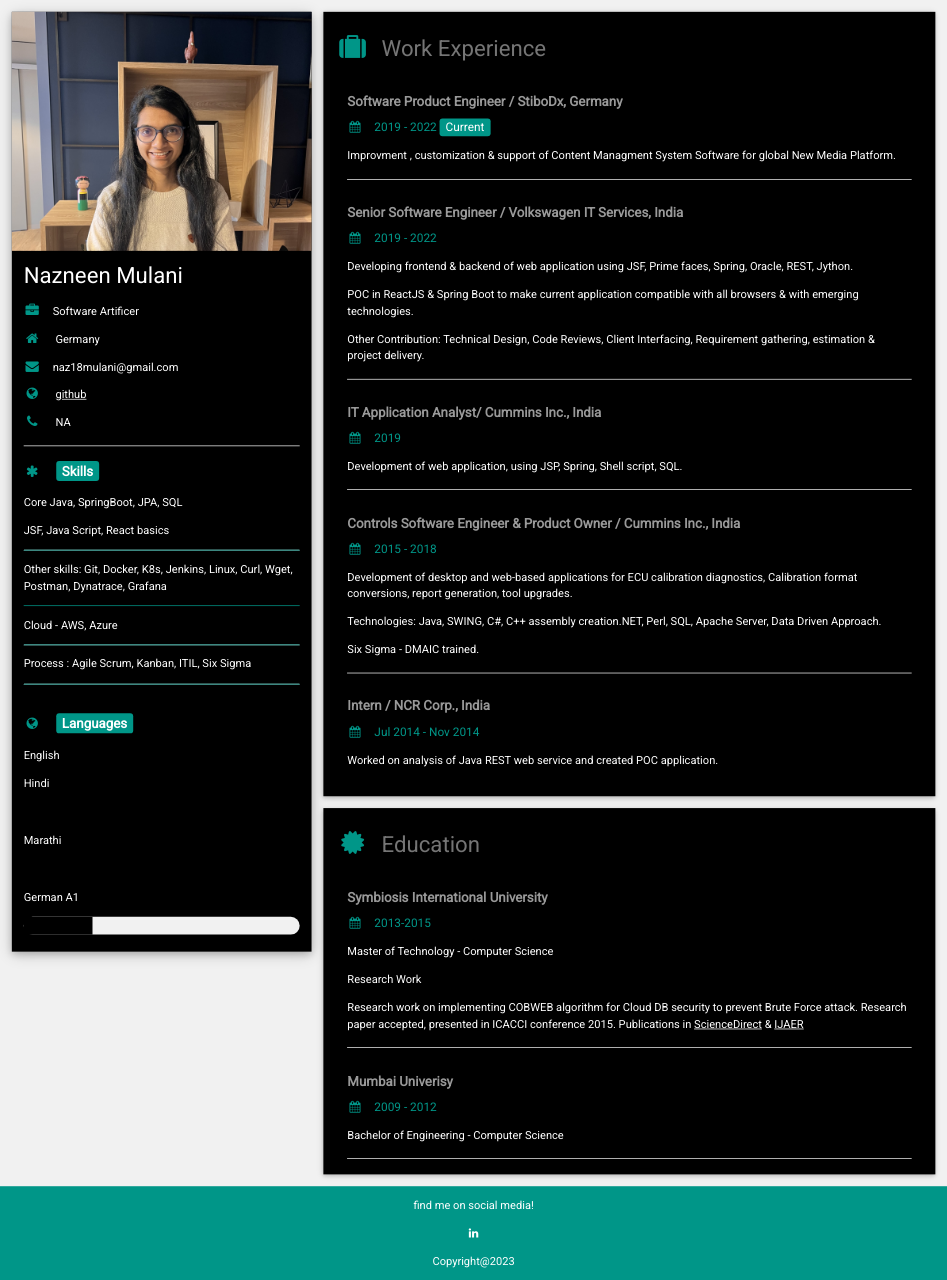
Repository: nazneenprojects/nazneen.github.io
Page: index.html
The author's editor kept a copy of each file at every save. The page is drawn from the files as they stood at one save, then again after the next save.
The browser window is 1280 px wide. The pictures show the whole page, at 74% of full size.

Above is the page before, as saved 2023-07-09 11:50:08.

### index.html
<!DOCTYPE html>
<html>
<title>Nazneen Portfolio</title>
<meta charset="UTF-8">
<meta name="viewport" content="width=device-width, initial-scale=1">
<link rel="stylesheet" href="https://www.w3schools.com/w3css/4/w3.css">
<link rel='stylesheet' href='https://fonts.googleapis.com/css?family=Roboto'>
<link rel="stylesheet" href="https://cdnjs.cloudflare.com/ajax/libs/font-awesome/4.7.0/css/font-awesome.min.css">
<style>
html,body,h1,h2,h3,h4,h5,h6 {font-family: "Roboto", sans-serif}
</style>
<body class="w3-light-grey">

<!-- Page Container -->
<div class="w3-content w3-margin-top" style="max-width:1400px;">

  <!-- The Grid -->
  <div class="w3-row-padding">

    <!-- Left Column -->
    <div class="w3-third">

      <div class="w3-black w3-text-white w3-card-4">
        <div class="w3-display-container">
          <img src="IMG_NazneenM.JPG" style="width:100%" alt="Avatar">
          <div class="w3-display-bottomleft w3-container w3-text-black">
          </div>
        </div>
        <div class="w3-container">
          <h2>Nazneen Mulani</h2>
          <p><i class="fa fa-briefcase fa-fw w3-margin-right w3-large w3-text-teal"></i>Software Artificer</p>
          <p><i class="fa fa-home fa-fw w3-margin-right w3-large w3-text-teal"></i> Germany </p>
          <p><i class="fa fa-envelope fa-fw w3-margin-right w3-large w3-text-teal"></i>naz18mulani@gmail.com</p>
          <p><i class="fa fa-globe fa-fw w3-margin-right w3-large w3-text-teal"></i>
          <a href="https://github.com/nazneenprojects">github</a>
          </p>
          <p><i class="fa fa-phone fa-fw w3-margin-right w3-large w3-text-teal"></i> NA </p>
          <hr>

          <p class="w3-large"><b><i class="fa fa-asterisk fa-fw w3-margin-right w3-text-teal"></i> <span class="w3-tag w3-teal w3-round">Skills</span></b></p>
          <p>Core Java, SpringBoot, JPA, SQL</p>

          <p>JSF, Java Script, React basics</p>
          <div class="w3-light-grey w3-round-xlarge w3-small">
            <div class="w3-container w3-center w3-round-xlarge w3-teal" style="width:100%">
            </div>
          </div>
          <p>Other skills: Git, Docker, K8s, Jenkins, Linux, Curl, Wget, Postman, Dynatrace, Grafana</p>
          <div class="w3-light-grey w3-round-xlarge w3-small">
            <div class="w3-container w3-center w3-square-xlarge w3-teal" style="width:100%">
           </div>
          </div>
          <p>Cloud - AWS, Azure</p>
          <div class="w3-light-grey w3-round-xlarge w3-small">
            <div class="w3-container w3-center w3-round-xlarge w3-teal" style="width:100%">
            </div>
          </div>
          <p>Process : Agile Scrum, Kanban, ITIL, Six Sigma</p>
          <div class="w3-light-grey w3-round-xlarge w3-small">
            <div class="w3-container w3-center w3-round-xlarge w3-teal" style="width:100%">
            </div>
          </div>
          <br>

          <p class="w3-large w3-text-theme"><b><i class="fa fa-globe fa-fw w3-margin-right w3-text-teal"></i> <span class="w3-tag w3-teal w3-round">Languages</span></b></p>
          <p></p>
          <div class="w3-light-grey w3-round-xlarge">
            <div class="w3-square-xlarge w3-black" style="height:24px;width:100%">English</div>
          </div>
          <p>Hindi</p>
          <div class="w3-light-grey w3-round-xlarge">
            <div class="w3-square-xlarge w3-black" style="height:24px;width:100%"></div>
          </div>
          <p>Marathi</p>
          <div class="w3-light-grey w3-round-xlarge">
            <div class="w3-square-xlarge w3-black" style="height:24px;width:100%"></div>
          </div>
          <p>German A1</p>
          <div class="w3-light-grey w3-round-xlarge">
            <div class="w3-square-xlarge w3-black" style="height:24px;width:25%"></div>
          </div>
          <br>
        </div>
      </div><br>

    <!-- End Left Column -->
    </div>

    <!-- Right Column -->
    <div class="w3-twothird">

      <div class="w3-container w3-card w3-black w3-margin-bottom">
        <h2 class="w3-text-grey w3-padding-16"><i class="fa fa-suitcase fa-fw w3-margin-right w3-xxlarge w3-text-teal"></i>Work Experience</h2>
        <div class="w3-container">
          <h5 class="w3-opacity"><b>Software Product Engineer / StiboDx, Germany</b></h5>
          <h6 class="w3-text-teal"><i class="fa fa-calendar fa-fw w3-margin-right"></i>2019 - 2022 <span class="w3-tag w3-teal w3-round">Current</span></h6>
          <p> Improvment , customization & support of Content Managment System Software for global New Media Platform.</p>
          <hr>
        </div>
        <div class="w3-container">
          <h5 class="w3-opacity"><b>Senior Software Engineer / Volkswagen IT Services, India</b></h5>
          <h6 class="w3-text-teal"><i class="fa fa-calendar fa-fw w3-margin-right"></i>2019 - 2022</h6>
          <p>Developing frontend & backend of web application using JSF, Prime faces, Spring, Oracle, REST, Jython.</p>
          <p>POC in ReactJS & Spring Boot to make current application compatible with all browsers & with emerging technologies.</p>
          <p>Other Contribution: Technical Design, Code Reviews, Client Interfacing, Requirement gathering, estimation & project delivery.</p>
          <hr>
        </div>
        <div class="w3-container">
          <h5 class="w3-opacity"><b>IT Application Analyst/ Cummins Inc., India</b></h5>
          <h6 class="w3-text-teal"><i class="fa fa-calendar fa-fw w3-margin-right"></i>2019 </h6>
          <p>Development of web application, using JSP, Spring, Shell script, SQL.</p>
          <hr>
        </div>
        <div class="w3-container">
          <h5 class="w3-opacity"><b>Controls Software Engineer & Product Owner / Cummins Inc., India</b></h5>
          <h6 class="w3-text-teal"><i class="fa fa-calendar fa-fw w3-margin-right"></i>2015 - 2018</h6>
          <p>Development of desktop and web-based applications for ECU calibration diagnostics, Calibration format conversions, report generation, tool upgrades.</p>
          <p>Technologies: Java, SWING, C#, C++ assembly creation.NET, Perl, SQL, Apache Server, Data Driven Approach.</p>
          <p>Six Sigma - DMAIC trained.</p>
          <hr>
        </div>
        <div class="w3-container">
          <h5 class="w3-opacity"><b>Intern / NCR Corp., India</b></h5>
          <h6 class="w3-text-teal"><i class="fa fa-calendar fa-fw w3-margin-right"></i>Jul 2014 - Nov 2014</h6>
          <p>Worked on analysis of Java REST web service and created POC application. </p><br>
        </div>
      </div>

      <div class="w3-container w3-card w3-black">
        <h2 class="w3-text-grey w3-padding-16"><i class="fa fa-certificate fa-fw w3-margin-right w3-xxlarge w3-text-teal"></i>Education</h2>
        <div class="w3-container">
          <h5 class="w3-opacity"><b> Symbiosis International University</b></h5>
          <h6 class="w3-text-teal"><i class="fa fa-calendar fa-fw w3-margin-right"></i>2013-2015</h6>
          <p>Master of Technology - Computer Science</p>
          <p>Research Work</p>
          <p>
            Research work on implementing COBWEB algorithm for Cloud DB security to prevent Brute Force attack. Research paper accepted, presented in ICACCI conference 2015. Publications in

            <a href="https://www.sciencedirect.com/science/article/pii/S1877050915005359">ScienceDirect</a> &
            <a href="https://www.ripublication.com/Volume/ijaerv10n12.htm">IJAER</a>
          </p>
          <hr>
        </div>
        <div class="w3-container">
          <h5 class="w3-opacity"><b>Mumbai Univerisy</b></h5>
          <h6 class="w3-text-teal"><i class="fa fa-calendar fa-fw w3-margin-right"></i>2009 - 2012</h6>
          <p>Bachelor of Engineering - Computer Science</p>
          <hr>
        </div>
      </div>

    <!-- End Right Column -->
    </div>

  <!-- End Grid -->
  </div>

  <!-- End Page Container -->
</div>

<footer class="w3-container w3-teal w3-center w3-margin-top">

  <p>find me on social media!</p>
  <a href="https://www.linkedin.com/in/nazneen-mulani-05004012a/"> <i class="fa fa-linkedin w3-hover-opacity"></i></a>
  <p>Copyright@2023</p>
 <!--
  <i class="fa fa-facebook-official w3-hover-opacity"></i>
  <i class="fa fa-instagram w3-hover-opacity"></i>
  <i class="fa fa-snapchat w3-hover-opacity"></i>
  <i class="fa fa-pinterest-p w3-hover-opacity"></i>
  <i class="fa fa-twitter w3-hover-opacity"></i>
  <p>Powered by <a href="https://www.w3schools.com/w3css/default.asp" target="_blank">w3.css</a></p>
 -->
</footer>

</body>
</html>

After the next save:
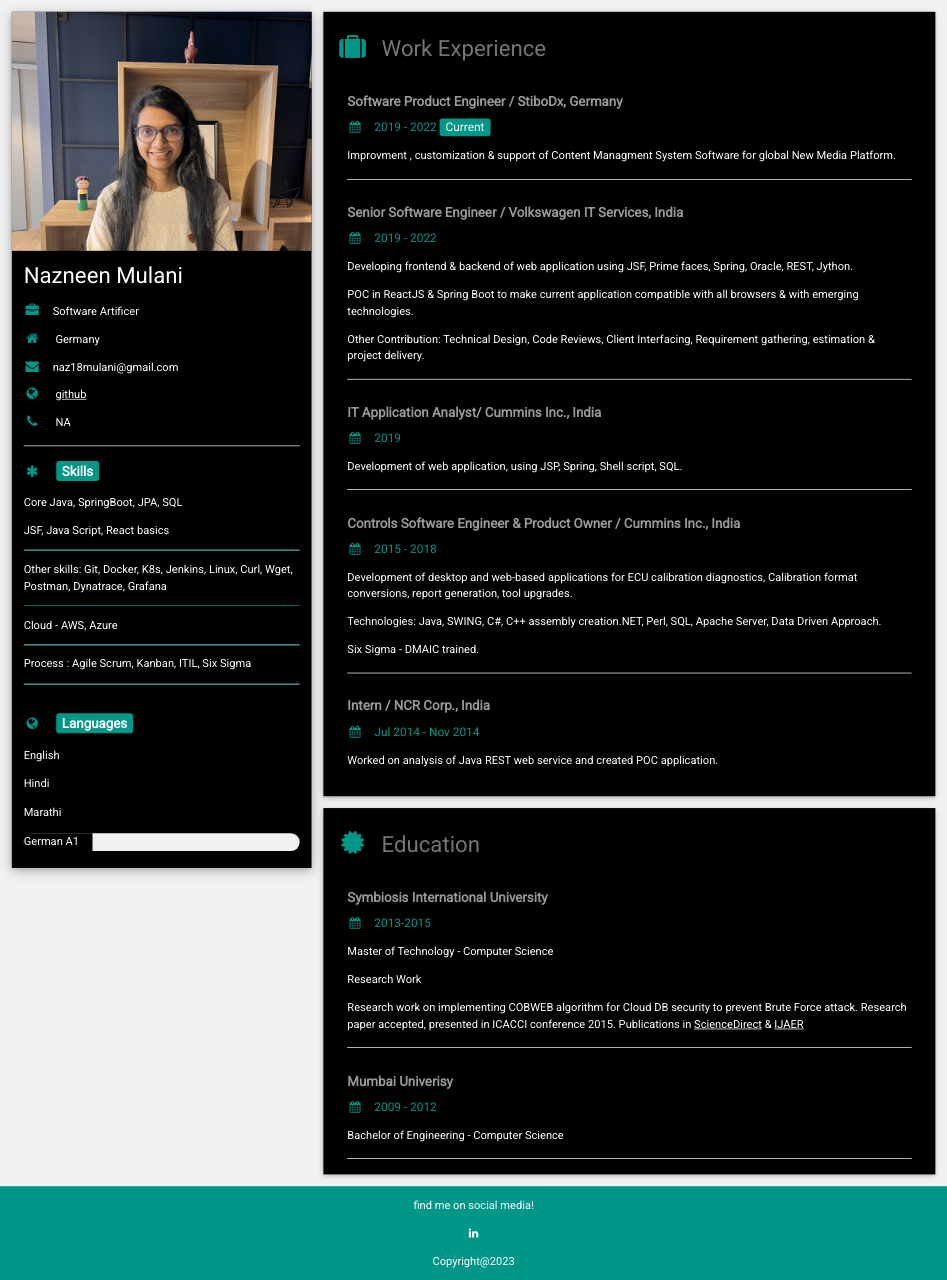
Saved 20 s later.
--- a/index.html
+++ b/index.html
@@ -67,17 +67,17 @@
           <div class="w3-light-grey w3-round-xlarge">
             <div class="w3-square-xlarge w3-black" style="height:24px;width:100%">English</div>
           </div>
-          <p>Hindi</p>
+          <p></p>
           <div class="w3-light-grey w3-round-xlarge">
-            <div class="w3-square-xlarge w3-black" style="height:24px;width:100%"></div>
+            <div class="w3-square-xlarge w3-black" style="height:24px;width:100%">Hindi</div>
           </div>
-          <p>Marathi</p>
+          <p></p>
           <div class="w3-light-grey w3-round-xlarge">
-            <div class="w3-square-xlarge w3-black" style="height:24px;width:100%"></div>
+            <div class="w3-square-xlarge w3-black" style="height:24px;width:100%">Marathi</div>
           </div>
-          <p>German A1</p>
+          <p></p>
           <div class="w3-light-grey w3-round-xlarge">
-            <div class="w3-square-xlarge w3-black" style="height:24px;width:25%"></div>
+            <div class="w3-square-xlarge w3-black" style="height:24px;width:25%">German A1</div>
           </div>
           <br>
         </div>
